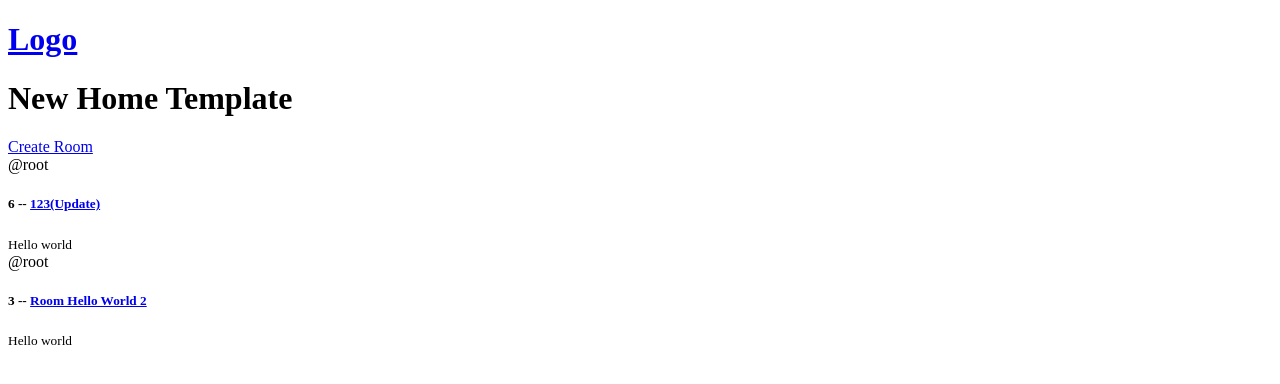
Repository: DZESU/studybug_django
Page: http://localhost/
An editor plug-in stored every save of this project. The page is shown before and after a run of saves, followed by the edit.
The browser window is 1280 px wide. The pictures show the whole page.
The page is served by the project's application, run on Django 4.2 (manage.py). The page reads the database file committed with the project.

Above is the page before, as saved 2022-08-02 21:58:11.

After the next 3 saves:
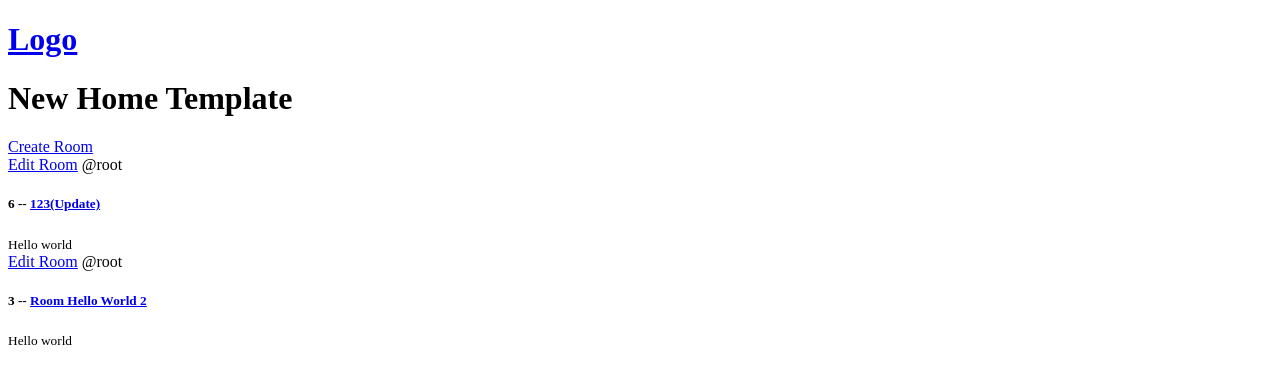
The 3 saves are shown as one change because 2 did not build or start.
The last was saved 117 s later.
--- a/base/templates/base/home.html
+++ b/base/templates/base/home.html
@@ -5,9 +5,11 @@
 
     <a href="{% url 'create-room' %}">Create Room</a>
 
+
   <div>
     {% for room in rooms %}
     <div>
+        <a href="{% url 'update-room' room.id%}">Edit Room</a>
       <span>@{{room.host.username}}</span>
       <h5>
         {{room.id}} -- <a href='{% url "room" room.id %}'>{{room.name}}</a>
--- a/base/urls.py
+++ b/base/urls.py
@@ -6,5 +6,6 @@ from . import views
 urlpatterns = [
     path('', views.home, name='home'),
     path('room/<str:pk>/', views.room, name='room'),
-    path('create-room/', views.createRoom, name='create-room')
+    path('create-room/', views.createRoom, name='create-room'),
+    path('update-room/<str:pk>/', views.createRoom, name='update-room')
 ]
